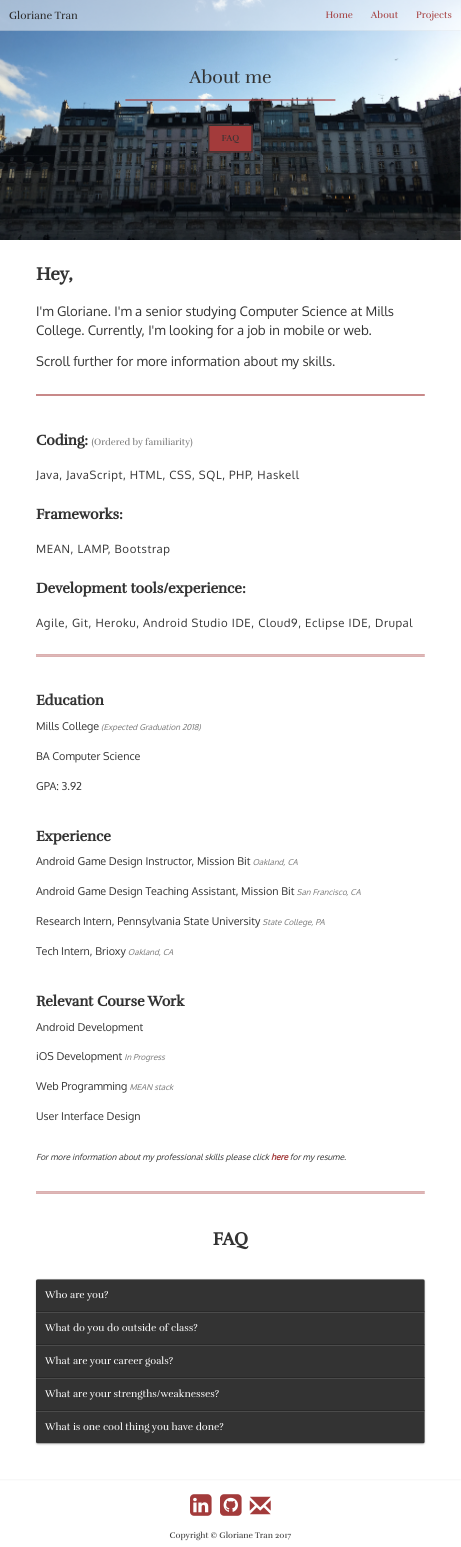
Repository: glorianetran/gloriane-web
Page: http://localhost/about
The author's editor kept a record of every edit. The page is drawn from the files as they stood at one moment, then again after the next edit.
The browser window is 768 px wide. The pictures show the whole page, at 60% of full size.
Some web libraries are served in a nearby version. The page is served by the project's Node server (app.js). Other server files are loaded and not shown.

Above is the page before.

### app_server/views/about.ejs
<!DOCTYPE html>
<html lang="en">
    <head>
        <% include partials/head.ejs %>
        <script type="text/javascript" src="https://code.jquery.com/jquery-1.11.0.min.js"></script>
        <link href="/stylesheets/about.css" rel="stylesheet">

        <!--FAQ script-->
    	<script>
        	jQuery(document).ready(function() {
        	function close_accordion_section() {
        		jQuery('.accordion .accordion-section-title').removeClass('active');
        		jQuery('.accordion .accordion-section-content').slideUp(300).removeClass('open');
        	}

        	jQuery('.accordion-section-title').click(function(e) {
        		// Grab current anchor value
        		var currentAttrValue = jQuery(this).attr('href');

        		if(jQuery(e.target).is('.active')) {
        			close_accordion_section();
        		}else {
        			close_accordion_section();

        			// Add active class to section title
        			jQuery(this).addClass('active');
        			// Open up the hidden content panel
        			jQuery('.accordion ' + currentAttrValue).slideDown(300).addClass('open');
        		}

        		e.preventDefault();
        	});
        });
	</script>
	</head>

    <body>
        <% include partials/nav%>

        <div class="jumbotron">
            <h2 class="text-center rufina">About me</h2>
            <strong><hr class="style"></strong>
            <br>
            <div class="text-center rufina">
                <input type="button" class="button" onClick="document.getElementById('faq').scrollIntoView();" value="FAQ">
            </div>
        </div>

        <!--About page main text-->
        <div class="container">
            <div class="margin">
                <h2 class="about-header rufina">Hey,</h2>
                <br>
                <div class="about-text oxygen">
                   I'm Gloriane. I'm a senior studying Computer Science at Mills College. Currently, I'm looking
                   for a job in mobile or web.
                </div>
                <br>
                <div class="about-text oxygen">Scroll further for more information about my skills. </div>
                <br>
                <hr class="style-2">
                <br>
                <h3 class="about-header rufina">Coding: <small>(Ordered by familiarity)</small></h3>
                <br>
                <div class="about-text-list oxygen">Java, JavaScript, HTML, CSS, SQL, PHP, Haskell</div>
                <br>
                <h3 class="about-header rufina">Frameworks:</h3>
                <br>
                <div class="about-text-list oxygen">MEAN, LAMP, Bootstrap</div>
                <br>
                <h3 class="about-header rufina">Development tools/experience:</h3>
                <br>
                <div class="about-text-list oxygen">Agile, Git, Heroku, Android Studio IDE, Cloud9, Eclipse IDE, Drupal</div>
                <br>
                <hr class="style-2">
                <br>
                <h3 class="about-header rufina">Education</h3>
                <h4 class="about-text-resume oxygen">Mills College<small><i> (Expected Graduation 2018)</i></small>
                <h4 class="about-text-resume oxygen">BA Computer Science</h4>
                <h4 class="about-text-resume oxygen">GPA: 3.92</h4>
                <br>
                <h3 class="about-header rufina">Experience</h3>
                <h4 class="about-text-resume oxygen">Android Game Design Instructor, Mission Bit<small><i> Oakland, CA</i></small></h4>
                <h4 class="about-text-resume oxygen">Android Game Design Teaching Assistant, Mission Bit<small><i> San Francisco, CA</i></small></h4>
                <h4 class="about-text-resume oxygen">Research Intern, Pennsylvania State University<small><i> State College, PA</i></small></h4>
                <h4 class="about-text-resume oxygen">Tech Intern, Brioxy<small><i> Oakland, CA</i></small></h4>
                <br>
                <h3 class="about-header rufina">Relevant Course Work</h3>
                <h4 class="about-text-resume oxygen">Android Development</h4>
                <h4 class="about-text-resume oxygen">iOS Development<small><i> In Progress</i></small></h4>
                <h4 class="about-text-resume oxygen">Web Programming<small><i> MEAN stack</i> </small></h4>
                <h4 class="about-text-resume oxygen">User Interface Design</h4>
                <br>
                <i><h5 class="oxygen">For more information about my professional skills please
                click <a href="https://drive.google.com/file/d/0B7LTg5vkTmfCWkQ1WWlfV2tndTNld3JjbjJ2OTZxSGRpb0Y0/view?usp=sharing" target="_blank"><b>here</b></a> for my resume.</h5></i>
                <br>
                <hr class="style-2">
                <br>

                 <!-- FAQ -->
                <h2 id="faq" class="about-header rufina text-center">FAQ</h2>
                <br>
                <br>
            	<div class="main">
            		<div class="accordion">

            			    <div class="accordion-section">
            			    	<a class="accordion-section-title rufina" href="#accordion-1">Who are you?</a>
            				    <div id="accordion-1" class="accordion-section-content">
            					    <p class="about-faq oxygen">I'm Gloriane. Most people call me Glo. My life motto is to "Glo with the flow."</p>
            				    </div><!--end .accordion-section-content-->
            		       	</div><!--end .accordion-section-->

            			    <div class="accordion-section">
            				    <a class="accordion-section-title rufina" href="#accordion-2">What do you do outside of class?</a>
            				    <div id="accordion-2" class="accordion-section-content">
            					    <p class="about-faq oxygen">I enjoy thinking about cool app ideas,
            					    improving my general knowledge, finding time to volunteer,
            					    and admiring the beauty of giraffes (and all animals). I'm also the president of the Mills Computer Club! </p>
            				    </div><!--end .accordion-section-content-->
            			    </div><!--end .accordion-section-->

            		    	<div class="accordion-section">
            				    <a class="accordion-section-title rufina" href="#accordion-3">What are your career goals?</a>
            				    <div id="accordion-3" class="accordion-section-content">
                					<p class="about-faq oxygen">My short term goal is to get a job in mobile/web to get more experience as a developer. My long term goal is to
                					find a job where I can combine my passion for social justice and technology. I want to be able to help
                					solve some of the world's most pressing issues with tech.</p>
            				    </div><!--end .accordion-section-content-->
            		    	</div><!--end .accordion-section-->

            			    <div class="accordion-section">
            				    <a class="accordion-section-title rufina" href="#accordion-4">What are your strengths/weaknesses?</a>
            				    <div id="accordion-4" class="accordion-section-content">
            					    <p class="about-faq oxygen">My strengths are: being on time,
            					    being organized, having a positive attitude, and embracing any confusion.
            					    My weaknesses are: obsessing over minor details, not asking for help when needed,
            					    public speaking, and spelling (spell-check spoils me).
            					    </p>
            				    </div><!--end .accordion-section-content-->
            		       	</div><!--end .accordion-section-->

            		       	<div class="accordion-section">
            				    <a class="accordion-section-title rufina" href="#accordion-5">What is one cool thing you have done?</a>
            				    <div id="accordion-5" class="accordion-section-content">
            					    <p class="about-faq oxygen">In my 2nd year of college, I studied abroad in Budapest, Hungary at Aquincum Institute of Technology (AIT).
            					    It was my first time leaving the United States. I traveled to 8 countries such as Spain, France, Denmark, etc. All of the images
            					    used for this website were taken while I was abroad. <br><br>
            					    </p>
            					    <div class="text-center">
            					        <h5 class="about-faq oxygen">Here's a picture of me worshipping a quiche the size of my face in Paris, France.</h5>
            					        <img src="/images/quiche.jpg"></img>
            					    </div>
            					    <br>
            				    </div><!--end .accordion-section-content-->
            		       	</div><!--end .accordion-section-->

                    </div><!--end .accordion-->
            	</div><!--end .main-->
            </div><!--end .margin-->
        </div><!--end .container-->
	</body>

	<% include partials/footer%>

</html>

### app_server/views/partials/head.ejs
<meta charset="utf-8">
<meta http-equiv="X-UA-Compatible" content="IE=edge">
<meta name="viewport" content="width=device-width, initial-scale=1">
<meta name="description" content="Gloriane Tran's personal website with information about her academic work and projects.">
<meta name="author" content="Gloriane Tran">

<!--jQuery-->
<script src="https://ajax.googleapis.com/ajax/libs/jquery/3.2.0/jquery.min.js"></script>

<!--Bootstrap Themes-->
<link rel="stylesheet" href="https://maxcdn.bootstrapcdn.com/bootstrap/3.3.7/css/bootstrap.min.css">
<script src="https://maxcdn.bootstrapcdn.com/bootstrap/3.3.7/js/bootstrap.min.js"></script>

<!--Icons-->
<link href="https://maxcdn.bootstrapcdn.com/font-awesome/4.7.0/css/font-awesome.min.css" rel="stylesheet">

<!--Stylesheets-->
<link href="/stylesheets/footer.css" rel="stylesheet">
<link href="/stylesheets/font.css" rel="stylesheet">
<link href="/stylesheets/nav.css" rel="stylesheet">

<!--Fonts-->
<link href="https://fonts.googleapis.com/css?family=Oxygen|Rufina" rel="stylesheet">

<!--Page Title -->
<title>Gloriane Tran | <%= title %></title>

### app_server/views/partials/nav.ejs
<nav class="navbar navbar-default navbar-fixed-top">
    <div class="container-fluid">
        <div class="navbar-header">
                <button type="button" class="navbar-toggle collapsed" data-toggle="collapse" data-target="#navbar" aria-expanded="false" aria-controls="navbar">
                <span class="icon-bar"></span>
                <span class="icon-bar"></span>
                <span class="icon-bar"></span>
            </button>
            <a class="navbar-brand rufina" href="/">Gloriane Tran</a>
        </div>

        <div class="navbar-collapse collapse" id="navbar">
            <ul class="nav navbar-nav navbar-right rufina">
                <li><a href="/">Home</a></li>
                <li><a href="/about">About</a></li>
                <li><a href="/projects">Projects</a></a></li>
            </ul>
        </div>
    </div>
</nav>

### app_server/views/partials/footer.ejs
<footer>
    <hr>
    <div class="container">
        <div class="text-center">
            <a href="https://www.linkedin.com/in/gloriane-tran-ab8592a7/" target="_blank"><i class="fa fa-linkedin-square fa-3x social"></i></a>
            <a href="https://github.com/glorianetran" target="_blank"><i class="fa fa-github-square fa-3x social"></i></a>
            <a href="mailto:glorianetran@gmail.com"><span class="glyphicon glyphicon-envelope"></span></a>
            <br>
            <br>
            <p class="rufina">Copyright © Gloriane Tran 2017</p>
        </div>
    </div>
</footer>

### app.js
var express = require('express');
var path = require('path');
var favicon = require('serve-favicon');
var logger = require('morgan');
var cookieParser = require('cookie-parser');
var bodyParser = require('body-parser');

var index = require('./app_server/routes/index');
var users = require('./app_server/routes/users');

var app = express();

// view engine setup
app.set('views', path.join(__dirname,'app_server', 'views'));
app.set('view engine', 'ejs');

// uncomment after placing your favicon in /public
//app.use(favicon(path.join(__dirname, 'public', 'favicon.ico')));
app.use(logger('dev'));
app.use(bodyParser.json());
app.use(bodyParser.urlencoded({ extended: false }));
app.use(cookieParser());
app.use(express.static(path.join(__dirname, 'public')));

app.use('/', index);
app.use('/users', users);

// catch 404 and forward to error handler
app.use(function(req, res, next) {
  var err = new Error('Not Found');
  err.status = 404;
  next(err);
});

// error handler
app.use(function(err, req, res, next) {
  // set locals, only providing error in development
  res.locals.message = err.message;
  res.locals.error = req.app.get('env') === 'development' ? err : {};

  // render the error page
  res.status(err.status || 500);
  res.render('error');
});

module.exports = app;

### app_server/controllers/main.js
/* GET home page */
module.exports.index = function(req, res) {
    res.render('index', {
        title: 'Home'
    });
};

/* GET about page. */
module.exports.about = function(req, res) {
    res.render('about', {
        title: 'About'
    });
};

/* GET projects page. */
module.exports.projects = function(req, res) {
    res.render('projects', {
        title: 'Projects'
    });
};

### public/stylesheets/footer.css
footer {
    width: 100%;
    height: 100px;
}


/*Social Media Links*/

.fa-3x {
    font-size: 3em;
    color: #A33B3B;
    margin: auto 5px;
}

.fa-3x:hover {
    color: #333333;
}


/*Link color*/

a {
    color: #A33B3B;
}

a:hover {
    color: #333333;
}

a:focus {
    color: #A33B3B;
}


/*Email Icon*/

span.glyphicon-envelope {
    font-size: 2.5em;
    margin: auto 5px;
}

.glyphicon {
    top: 3px;
}

### public/stylesheets/font.css
.rufina{
    font-family: 'Rufina', serif;
}

.oxygen{
    font-family: 'Oxygen', sans-serif;
}

### public/stylesheets/nav.css
.navbar-default .navbar-brand {
    color: #A33B3B;
    font-size: 18px;
}

.navbar-default .navbar-brand:hover,
.navbar-default .navbar-brand:focus {
    color: #2C2B2B;
}

.navbar-default .navbar-nav>li>a {
    color: #A33B3B;
    font-size: 16px;
}

.navbar-default {
    background-color: RGBA(255, 255, 255, .5);
    border-color: #E7E7E7;
}

.icon-bar {
    background-color: #A33B3B !important;
}

### public/stylesheets/about.css
hr.style {
    border-top: 3px double #000000;
    width: 350px;
    border-color: #A33B3B;
}

hr.style-2 {
    border-top: 3px double #000000;
    width: 100%;
    border-color: #A33B3B;
    text-align: left;
}

.button {
    border-radius: 0px;
    color: #333333;
    font-size: 15px;
    font-weight: 500;
    background: RGBA(255, 255, 255, .2);
    padding: 10px 20px 10px 20px;
    border: solid #333333 2px;
    outline: none !important;
}

.button:hover {
    background: #A33B3B;
    text-decoration: none;
    color: #333333;
}

.jumbotron {
    margin-bottom: 0px;
    padding: 9% 0;
    width: 100%;
    background-image: url("/images/about.jpg");
    background-size: 100% 100%;
    height: 400px;
}

.container {
    width: 100%;
    padding: 0px;
}

.margin {
    margin: 90px 200px;
}

.about-text {
    font-size: 22px;
}

.about-faq {
    font-size: 16px;
}

.about-text-list {
    font-size: 19px;
    letter-spacing: 1px;
}

.about-text-resume {
    padding: 10px 0px;
}

.about-header {
    font-weight: 800;
}


/*----- Accordion FAQ -----*/

.accordion,
.accordion * {
    box-sizing: border-box;
}

.accordion {
    overflow: hidden;
    box-shadow: 0px 1px 3px rgba(0, 0, 0, 0.25);
    border-radius: 3px;
    background: #f7f7f7;
}


/*----- Section Titles -----*/

.accordion-section-title {
    width: 100%;
    padding: 15px;
    display: inline-block;
    border-bottom: 1px solid #1a1a1a;
    background: #333333;
    transition: all linear 0.15s;
    font-size: 1.200em;
    color: #FFFFFF;
    text-decoration: none;
}

.accordion-section-title.active,
.accordion-section-title:hover {
    background: #A33B3B;
    color: #333333;
    text-decoration: none;
    font-weight: bolder;
}

.accordion-section:last-child .accordion-section-title {
    border-bottom: none;
}


/*----- Section Content -----*/

.accordion-section-content {
    padding: 15px;
    display: none;
}

a:focus,
a:hover {
    color: #fff;
    text-decoration: none;
}


/*Responsive*/

@media (max-width: 975px) {
    .margin {
        margin: 40px 60px;
    }
    .jumbotron {
        padding: 12% 0;
    }
    .button {
        background: #A33B3B;
    }
    .button:hover {
        background: #333333;
        color: #A33B3B;
    }
}

@media (max-width: 730px) {
    html,
    body {
        width: auto !important;
        overflow-x: hidden !important;
    }
    .margin {
        margin: 30px 30px;
    }
    .jumbotron {
        padding: 15% 0px;
    }
    .button {
        background: #A33B3B;
    }
    .button:hover {
        background: #333333;
        color: #A33B3B;
    }
}

@media (max-width: 450px) {
    hr.style {
        width: 300px;
    }
    .margin {
        margin: 30px 30px;
    }
    .jumbotron {
        padding: 23% 0;
    }
    .button {
        background: #A33B3B;
    }
    .button:hover {
        background: #333333;
        color: #A33B3B;
    }
}

After the next edit:
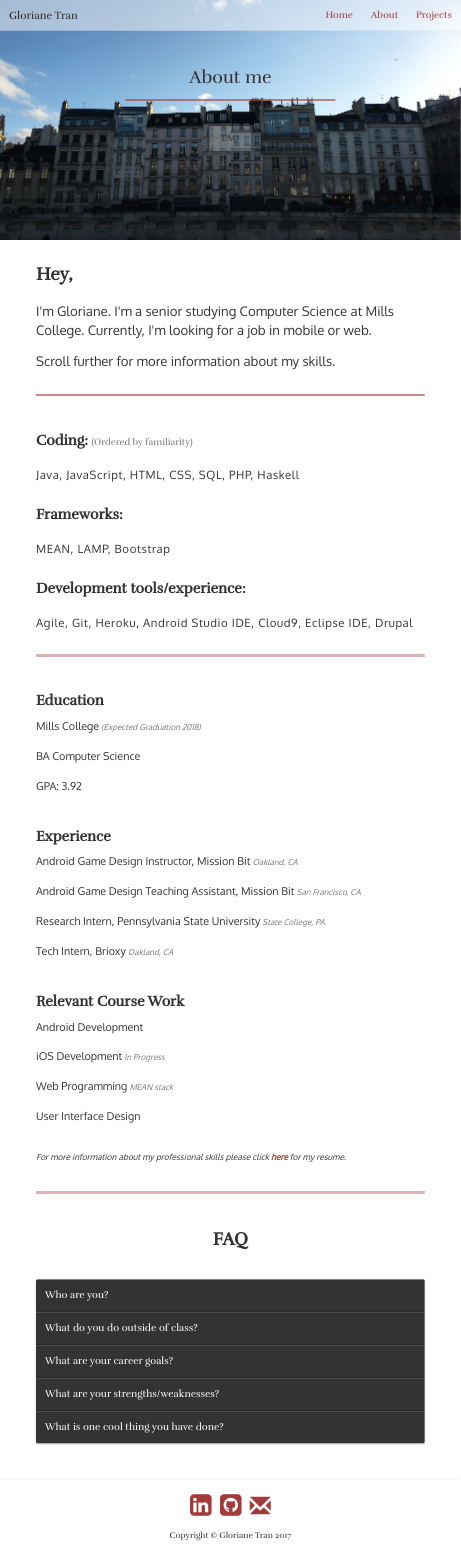
The edit:
--- a/public/stylesheets/about.css
+++ b/public/stylesheets/about.css
@@ -134,7 +134,7 @@
         padding: 12% 0;
     }
     .button {
-        background: #A33B3B;
+
     }
     .button:hover {
         background: #333333;
